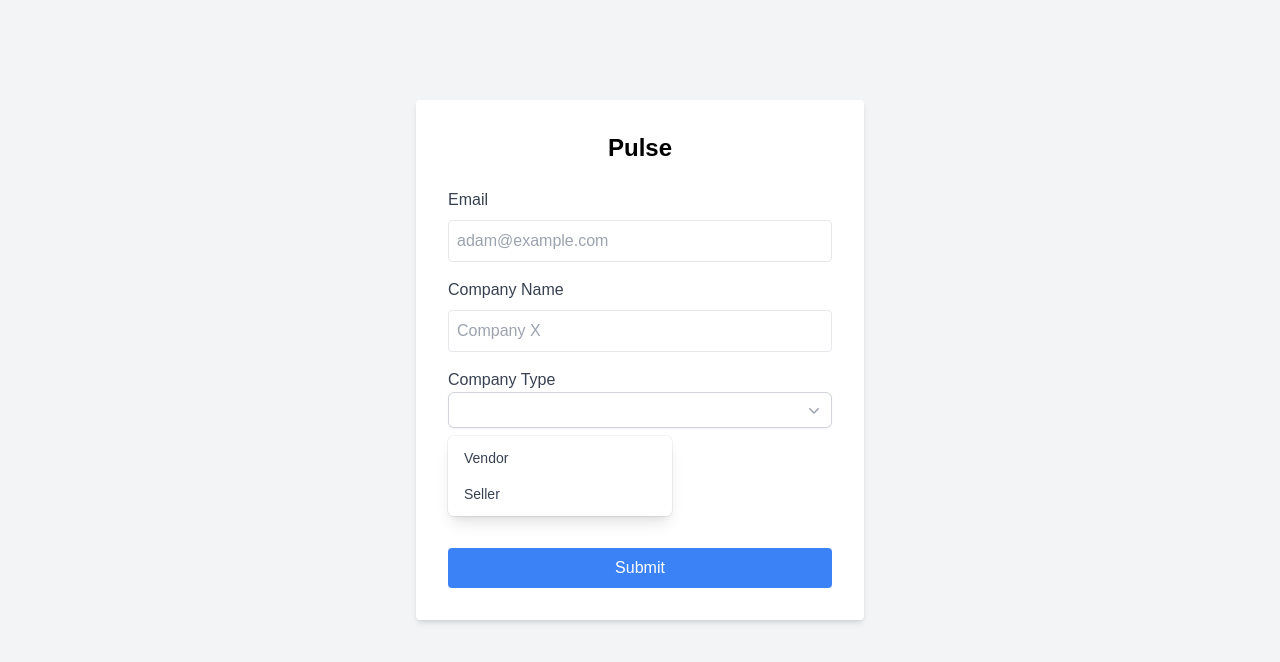
Repository: e-ndorfin/newhacks-2024
Page: / (app in pulse_site/), after clicking the first element matching `#menu-button`
An editor plug-in stored every save of this project. The page is shown before and after the next save, followed by the edit.
The browser window is 1280 px wide. The pictures show the whole page.
The project was rebuilt for these pictures with package versions that can differ from the ones it lists, and the page was loaded fresh each time. The framework's server and built-in components were replaced by stand-ins that run in the browser. Also part of the build but not shown: pulse_site/next.config.mjs.

Above is the page before, as saved 2024-10-26 19:57:51.

After the next save:
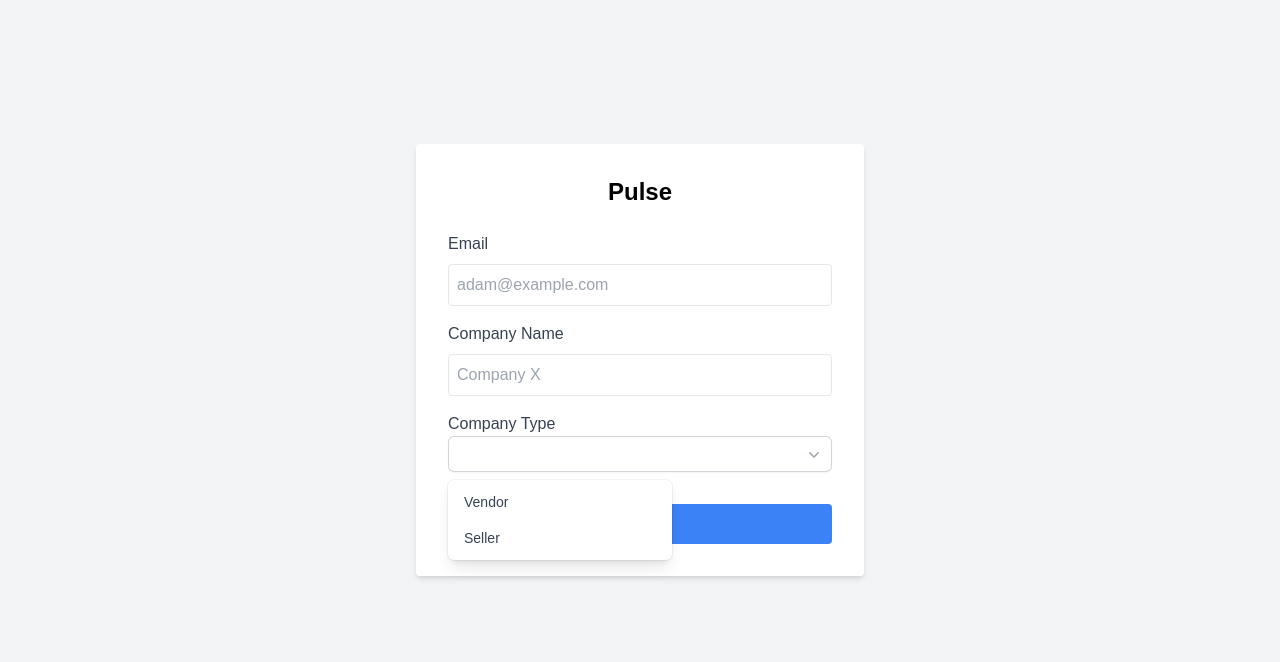
Saved 6 s later.
--- a/pulse_site/app/page.js
+++ b/pulse_site/app/page.js
@@ -72,7 +72,7 @@ export default function Home() {
             </div>
 
             {isOpen && (
-              <div className="z-10 mt-2 w-56 origin-top-right divide-y divide-gray-100 rounded-md bg-white shadow-lg ring-1 ring-black ring-opacity-5 focus:outline-none" role="menu" aria-orientation="vertical" aria-labelledby="menu-button">
+              <div className="absolute right z-10 mt-2 w-56 origin-top-right divide-y divide-gray-100 rounded-md bg-white shadow-lg ring-1 ring-black ring-opacity-5 focus:outline-none" role="menu" aria-orientation="vertical" aria-labelledby="menu-button">
                 <div className="py-1" role="none">
                   <button onClick={() => handleSelectType('vendor')} className="block px-4 py-2 text-sm text-gray-700 w-full text-left" role="menuitem">
                     Vendor
